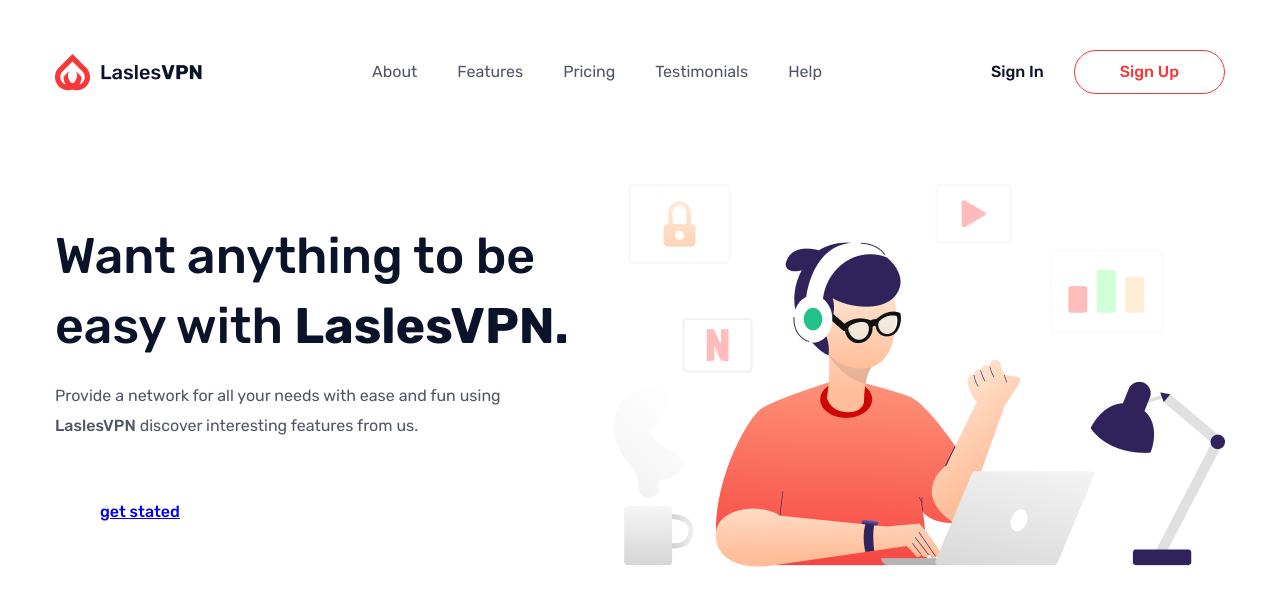
Repository: longvuht/lasles-VPN-vu
Page: index.html
An editor plug-in stored every save of this project. The page is shown before and after the next save, followed by the edit.
The browser window is 1280 px wide. The pictures show the whole page.
The style sheet was rebuilt from its Sass, Less or Tailwind sources for each picture, by a compiler version that may differ from the author's.

Above is the page before, as saved 2022-09-10 16:30:12.

### index.html
<!DOCTYPE html>
<html lang="en">
  <head>
    <meta charset="UTF-8" />
    <meta name="viewport" content="width=device-width, initial-scale=1.0" />
    <title>lasles vpn vu</title>
    <link rel="preconnect" href="https://fonts.googleapis.com" />
    <link rel="preconnect" href="https://fonts.gstatic.com" crossorigin />
    <link
      href="https://fonts.googleapis.com/css2?family=Rubik:wght@400;500;700&display=swap"
      rel="stylesheet"
    />
    <link rel="stylesheet" href="./css/style.css" />
  </head>
  <body>
    <div class="wrapper">
      <header class="header">
        <div class="container">
          <div class="header-container">
            <img
              src="./img/header-logo.png"
              alt="header logo"
              class="header-logo"
            />
            <ul class="menu">
              <li class="menu-item">
                <a href="#" class="menu-link">About</a>
              </li>
              <li class="menu-item">
                <a href="#" class="menu-link">Features</a>
              </li>
              <li class="menu-item">
                <a href="#" class="menu-link">Pricing</a>
              </li>
              <li class="menu-item">
                <a href="#" class="menu-link">Testimonials</a>
              </li>
              <li class="menu-item">
                <a href="#" class="menu-link">Help</a>
              </li>
            </ul>
            <div class="header-auth">
              <a href="#none" class="header-signin">sign in</a>
              <a href="#none" class="header-signup">sign up</a>
            </div>
          </div>
        </div>
      </header>
      <main>
        <section class="hero">
          <div class="container">
            <div class="hero-container">
              <div class="hero-content">
                <h1 class="hero-heading">
                  Want anything to be easy with <strong>LaslesVPN.</strong>
                </h1>
                <p class="hero-desc">
                  Provide a network for all your needs with ease and fun using
                  <strong>LaslesVPN</strong> discover interesting features from
                  us.
                </p>
                <a href="#" class="button button--primary">get stated</a>
              </div>
              <div class="hero-image">
                <img src="./img/hero-img.png" alt="hero image" />
              </div>
            </div>
          </div>
        </section>
      </main>
    </div>
  </body>
</html>

### sass/app.scss
@import "reset";
@import "variables";
@import "global";
@import "header";
@import "hero";

### sass/_variables.scss
$font: "Rubik", sans-serif;
$text-color: #4f5665;
$heading-color: #0b132a;
$primary-color: #f53838;
$grey-color: #dde0e4;

### sass/_global.scss
.wrapper {
  max-width: 1440px;
  margin: 0 auto;
}
.container {
  max-width: 1170px;
  margin: 0 auto;
  padding: 0 15px;
}

body {
  line-height: 1;
  font-family: $font;
  color: $text-color;
  font-size: 16px;
  font-weight: 400;
}

.button {
  display: inline-block;
  padding: 13px 45px;
  border-radius: 100rem;
  font-family: $font;
  line-height: 1;
  font-weight: 500;
  font-size: 16px;
  cursor: pointer;
}

### sass/_header.scss
.header {
  padding-top: 50px;
  padding-bottom: 90px;
  &-container {
    display: flex;
    justify-content: space-between;
    align-items: center;
  }
  &-auth {
    display: flex;
    align-items: center;
    gap: 0 30px;
    text-transform: capitalize;
  }
  &-signin {
    font-weight: 500;
    color: $heading-color;
    text-decoration: none;
  }
  &-signup {
    padding: 13px 45px;
    border-radius: 100rem;
    color: $primary-color;
    border: 1px solid;
    font-weight: 500;
    text-decoration: none;
  }
}

.menu {
  list-style: none;
  display: flex;
  align-items: center;
  gap: 0 40px;
  &-link {
    color: inherit;
    text-decoration: none;
  }
}

### sass/_hero.scss
.hero {
  &-container {
    display: flex;
    justify-content: space-between;
    align-items: center;
    gap: 0 40px;
  }
  &-content {
    width: 100%;
    max-width: 555px;
  }

  &-heading {
    font-size: 50px;
    font-weight: 500;
    margin-bottom: 20px;
    line-height: calc(70 / 50);
    color: $heading-color;
    strong {
      font-weight: 700;
    }
  }
  &-desc {
    line-height: calc(30 / 16);
    margin-bottom: 50px;
    strong {
      font-weight: 500;
    }
  }
}

Loaded but not shown: sass/_reset.scss (common file)

After the next save:
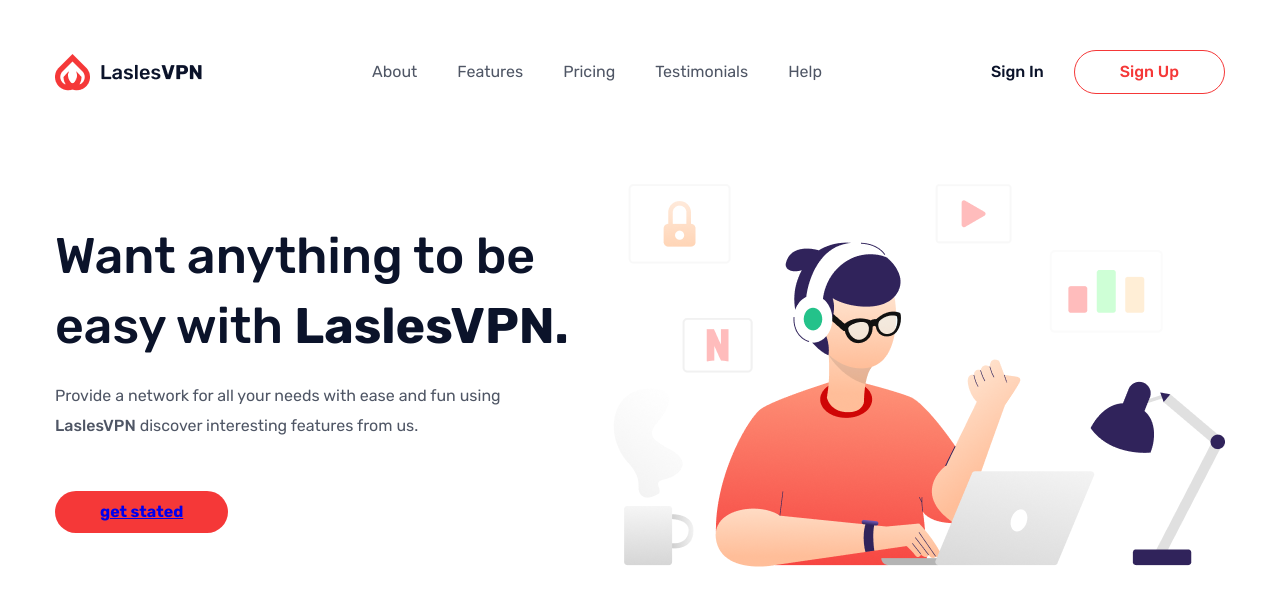
Saved 32 s later.
--- a/sass/_global.scss
+++ b/sass/_global.scss
@@ -25,4 +25,8 @@
   font-weight: 500;
   font-size: 16px;
   cursor: pointer;
+  &--primary {
+    font-weight: 700;
+    background-color: $primary-color;
+  }
 }
